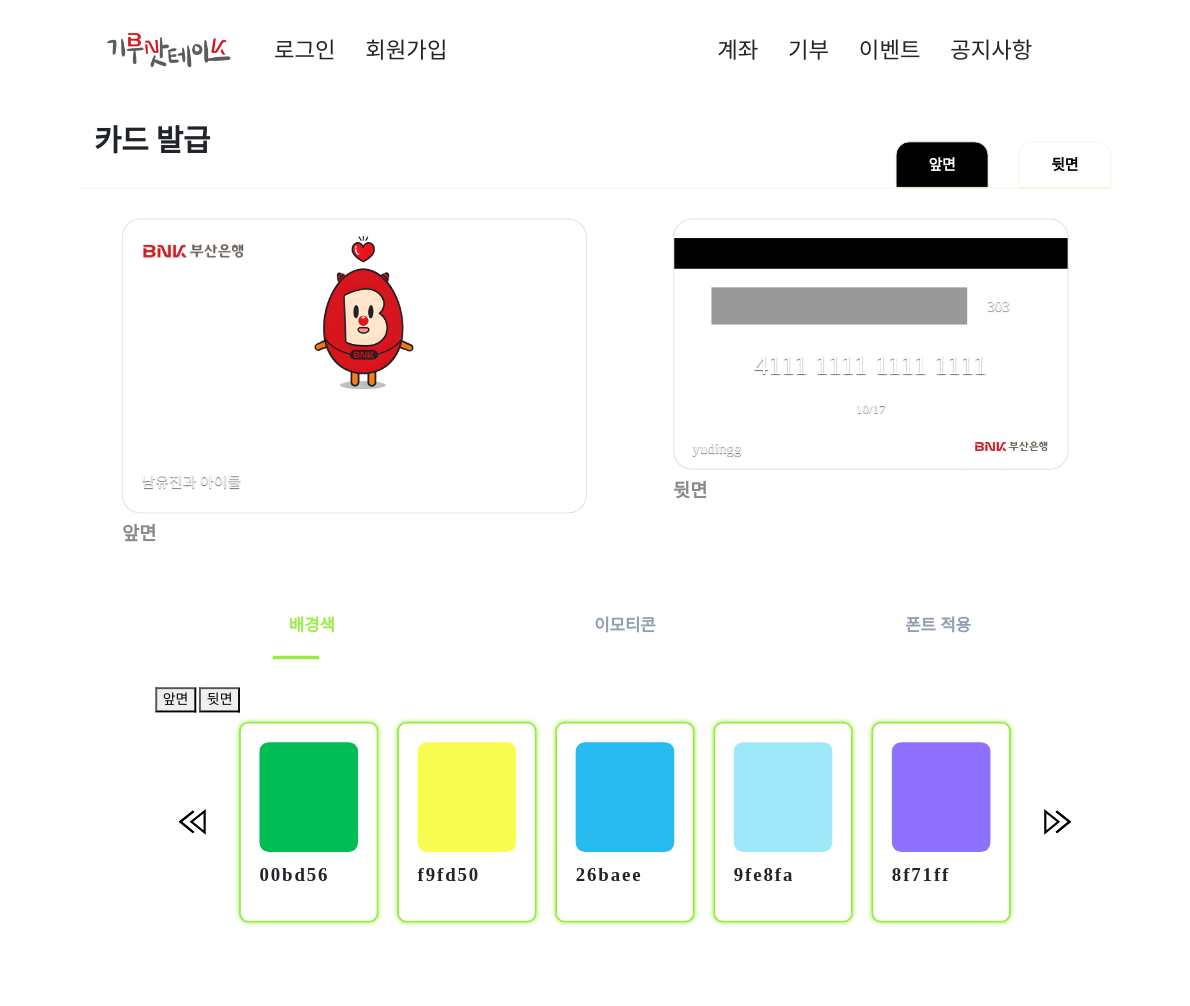
Repository: BNK-GiveNotTake/BNK-GNK-PJT
Page: http://localhost/GNT_PJT/Card/Card.jsp
An editor plug-in stored every save of this project. The page is shown before and after the next save, followed by the edit.
The browser window is 1280 px wide. The pictures show the whole page, at 93% of full size.
Some web fonts or font styles are not loaded; a fallback is used. The page is served by Tomcat 9.

Above is the page before, as saved 2022-08-30 06:14:45.

After the next save:
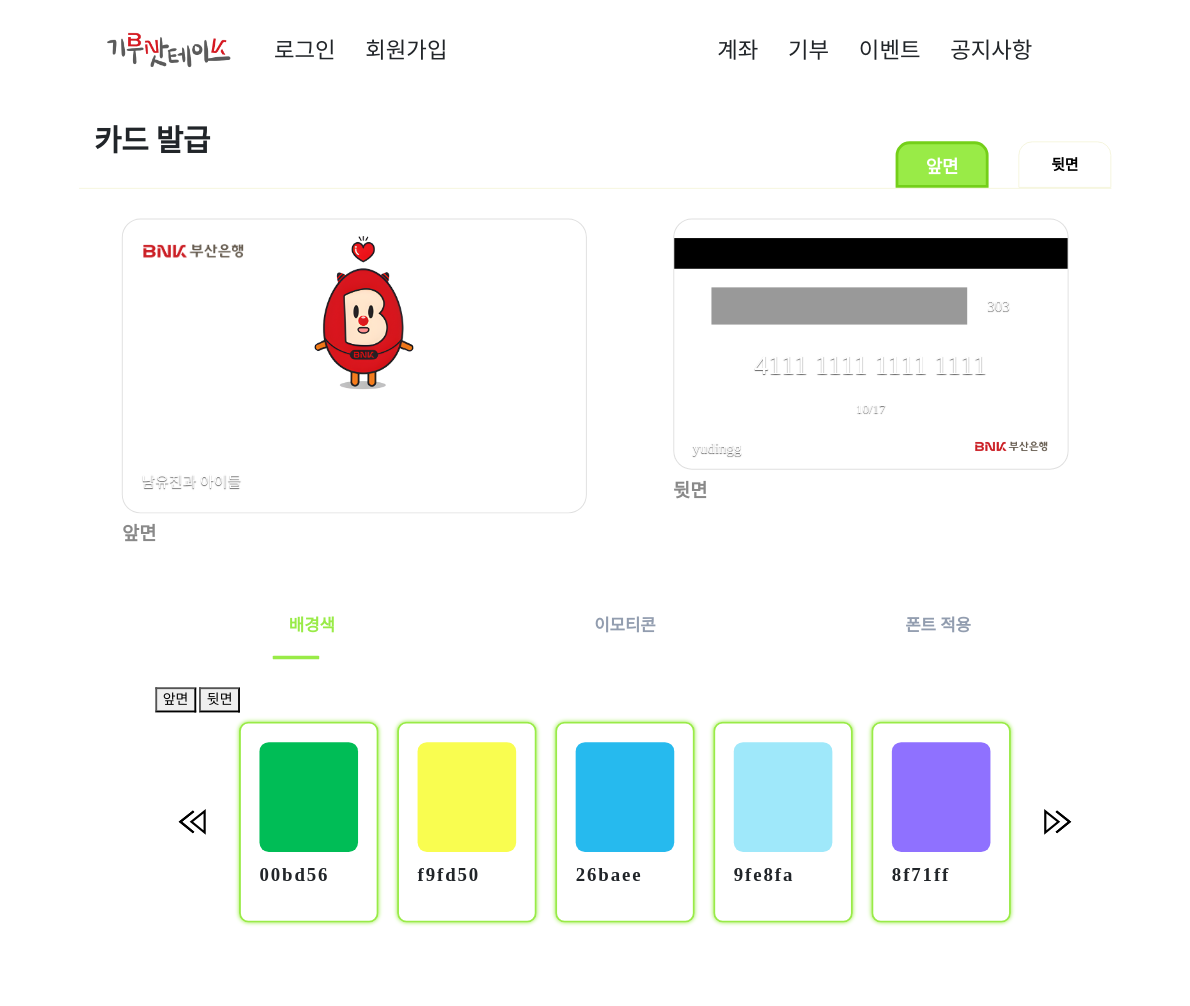
Saved 2 min 5 s later.
--- a/GNT_PJT/src/main/webapp/Card/css/Card.css
+++ b/GNT_PJT/src/main/webapp/Card/css/Card.css
@@ -122,16 +122,17 @@
 }
 
 .front-card {
-	color: white;
-	background-color: black;
-	height: 50px;
-	width: 100px;
-	border: 1px solid beige;
-	border-top-left-radius: 15px;
-	border-top-right-radius: 15px;
-	text-align: center;
-	font-weight: bold;
-	line-height: 3;
+	    color: white;
+    background-color: #99eb47;
+    height: 50px;
+    width: 100px;
+    border: 3px solid #74cf19;
+    border-top-left-radius: 15px;
+    border-top-right-radius: 15px;
+    text-align: center;
+    font-size: larger;
+    font-weight: bold;
+    line-height: 2.5;
 }
 
 .back-card {
